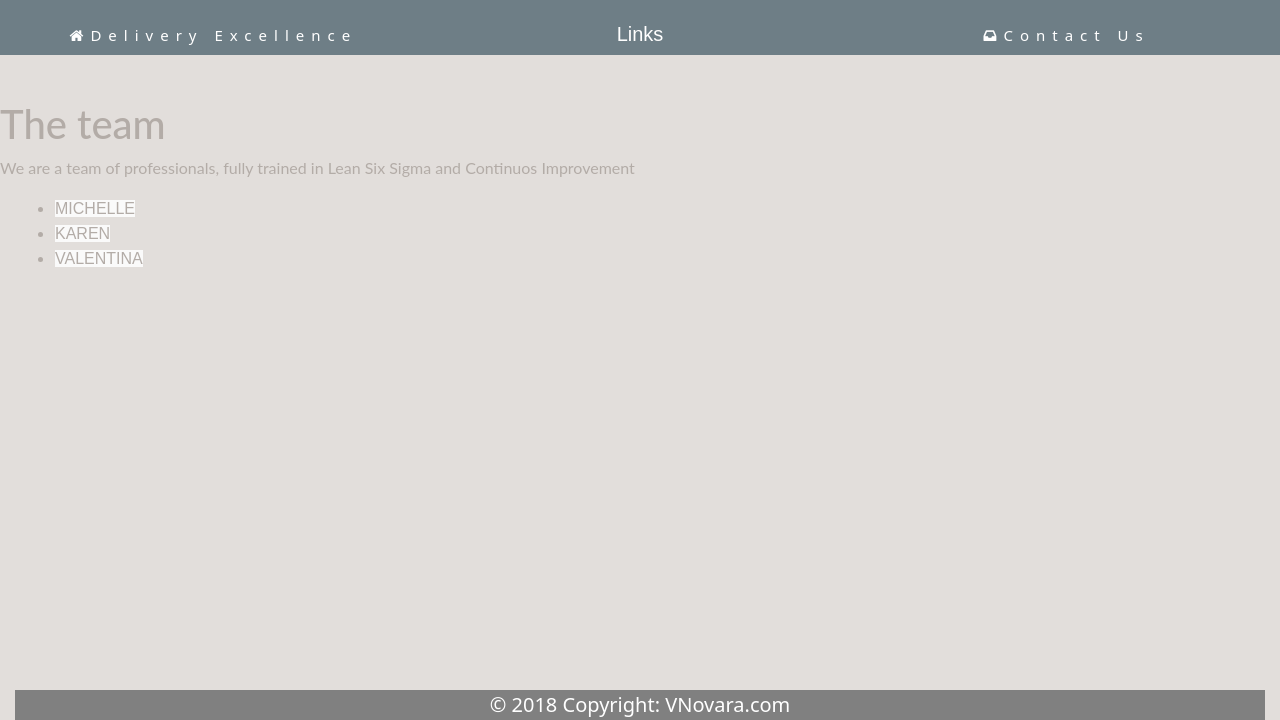
Repository: valenovi76/DeliveryExcellence
Page: team.html
The author's editor kept a record of every edit. The page is drawn from the files as they stood at one moment, then again after the next edit.
The browser window is 1280 px wide. The pictures show the whole page.

Above is the page before.

After the next edit:
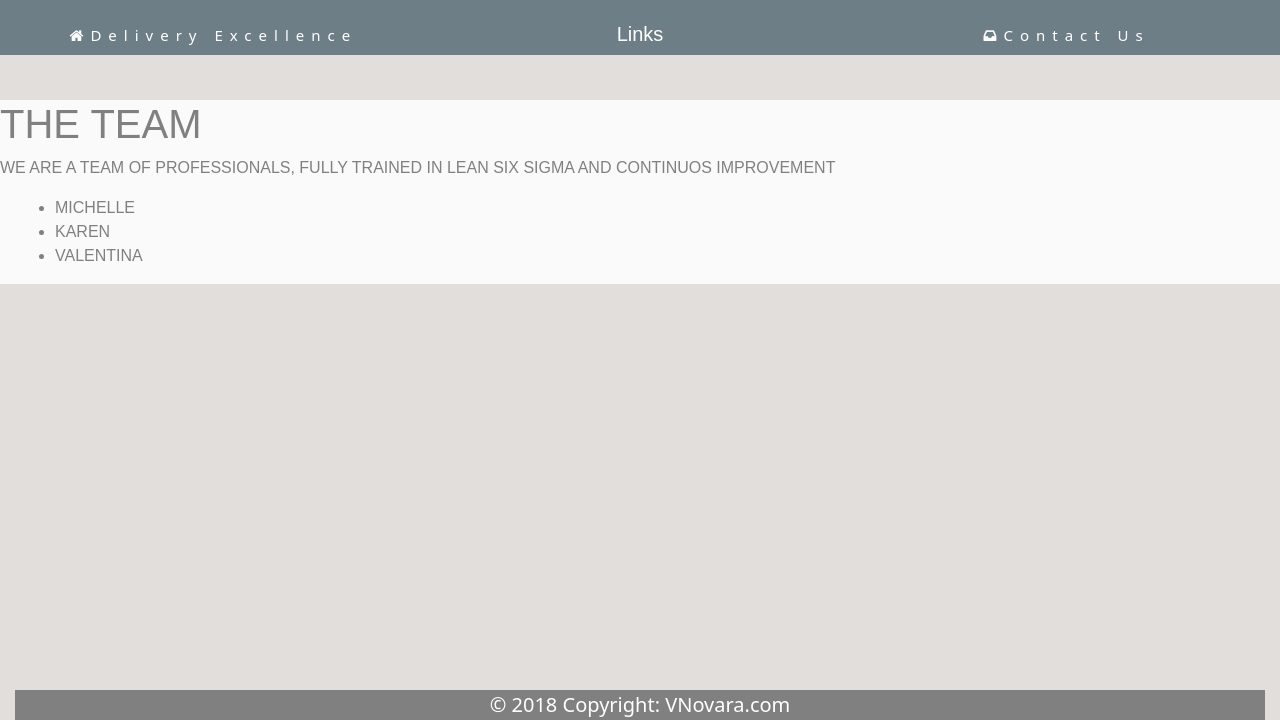
The edit:
--- a/assets/style.css
+++ b/assets/style.css
@@ -293,7 +293,7 @@
 }
 
 /*----------------------------The team-----------------------*/
-.paralsec2 a{
+.paral-team{
     font-family: "Nato sans", sans-serif;
     font-weight:lighter;
     text-transform: uppercase;
